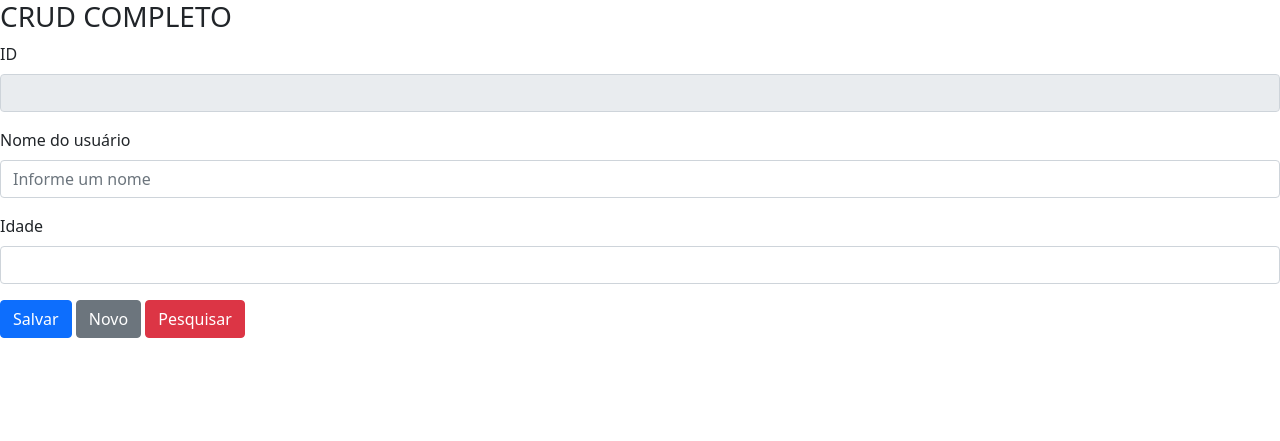
Repository: taian10/uploadCrudJava
Page: eclipse-workspace/springboot-rest-api-sample/src/main/resources/static/index.html
These files come from the project's save history. The page is drawn as it stood at one moment and after the next save; the edit follows.
The browser window is 1280 px wide. The pictures show the whole page.

Above is the page before, as saved 2022-01-11 01:08:16.

After the next save:
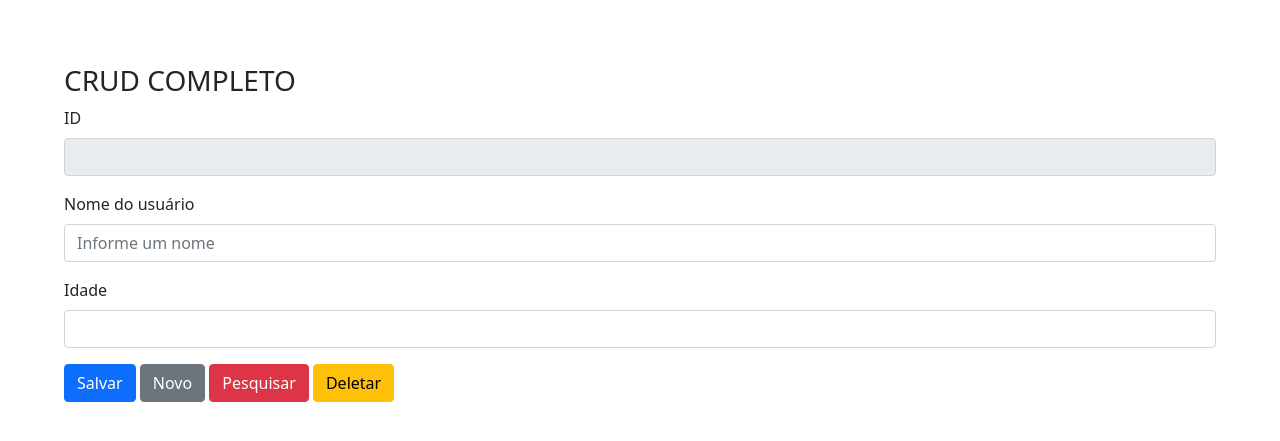
Saved 86 s later.
--- a/eclipse-workspace/springboot-rest-api-sample/src/main/resources/static/index.html
+++ b/eclipse-workspace/springboot-rest-api-sample/src/main/resources/static/index.html
@@ -11,6 +11,16 @@
 	integrity="sha384-1BmE4kWBq78iYhFldvKuhfTAU6auU8tT94WrHftjDbrCEXSU1oBoqyl2QvZ6jIW3"
 	crossorigin="anonymous">
 
+<style type="text/css">
+
+
+html {
+	margin-left: 5%;
+	margin-right: 5%;
+	margin-top: 5%
+
+}
+</style>
 </head>
 <body>
 
@@ -41,6 +51,9 @@
 	<button type="button" class="btn btn-primary" onclick="salvarUsuario()">Salvar</button>
 	<button type="button" class="btn btn-secondary"onclick="document.getElementById('formCadastroUser').reset();">Novo</button>
 	<button type="button" class="btn btn-danger" data-bs-toggle="modal"data-bs-target="#modalPesquisarUser">Pesquisar</button>
+	<button type="button" class="btn btn-warning" onclick="botaoDeletarDaTela()" >Deletar</button>
+
+
 
 	<div class="modal fade" id="modalPesquisarUser" tabindex="-1"aria-labelledby="exampleModalLabel" aria-hidden="true">
 		<div class="modal-dialog">
@@ -55,21 +68,26 @@
 							<label for="nameBusca" class="col-form-label">Informe o Nome:</label>
 							<input type="text" class="form-control" id="nameBusca">
 						</div>
-							<button type="button" class="btn btn-success" onclick="pesquisarUser" >Buscar</button>
+							<button type="button" class="btn btn-success" onclick="pesquisarUser()" >Buscar</button>
 					</form>
 
+
+					<div style="height: 300px; overflow: scroll;">
 					<table class="table" id="tabelaResultados">
 						<thead>
 							<tr>
 								<th scope="col">ID</th>
 								<th scope="col">Nome</th>
 								<th scope="col">Editar</th>
+								<th scope="col">Delete</th>
+
 							</tr>
 						</thead>
 						<tbody>
 
 						</tbody>
 					</table>
+					</div>
 
 				</div>
 				<div class="modal-footer">
@@ -92,6 +110,36 @@
 
 	<script type="text/javascript">
 
+		function botaoDeletarDaTela(){
+			var id = $('#id').val();
+
+			if(id != null && id.trim() != ''){
+
+			deleteUser(id);
+			document.getElementById('formCadastroUser').reset();
+			}
+		}
+
+		function deleteUser(id){
+
+			if(confirm('Deseja realmente deletar?')){
+
+			$.ajax({
+				method : "DELETE",
+				url : "delete",
+				data : "iduser=" + id,
+				success : function(response) {
+
+					$('#'+ id).remove();
+
+					alert(response);
+				}
+			}).fail(function(xhr, status, errorThrown) {
+				alert("Erro ao deletar usuário por id: " + xhr.responseText);
+			});
+			}
+		}
+
 
 		function pesquisarUser(){
 			var nome = $('#nameBusca').val();
@@ -101,10 +149,14 @@
 				$.ajax({
 					method : "GET",
 					url : "buscarPorNome",
-					data : JSON.stringify({
-						name : nome,
-					}),
+					data : "name=" + nome,
 					success : function(response) {
+						$('#tabelaResultados > tbody > tr').remove();
+
+						for(var i = 0; i < response.length; i++){
+							$('#tabelaResultados > tbody').append('<tr id= "'+response[i].id+'"><td>'+response[i].id+'</td><td>'+response[i].nome+'</td><td><button type="button" onclick="colocarEmEdicao('+response[i].id+')" class="btn btn-primary">Ver</button></td><td><button type="button" class="btn btn-danger" onclick="deleteUser('+response[i].id+')" >Delete</button></td></tr>');
+						}
+
 					}
 				}).fail(function(xhr, status, errorThrown) {
 					alert("Erro ao salvar usuário: " + xhr.responseText);
@@ -114,12 +166,45 @@
 
 		}
 
+		function colocarEmEdicao(id){
+
+			$.ajax({
+				method : "GET",
+				url : "buscaruserid",
+				data : "iduser=" + id,
+				success : function(response) {
+
+					$("#id").val(response.id);
+					$("#nome").val(response.nome);
+					$("#idade").val(response.idade);
+
+					$('#modalPesquisarUser').modal('hide');
+
+				}
+			}).fail(function(xhr, status, errorThrown) {
+				alert("Erro ao salvar usuário por id: " + xhr.responseText);
+			});
+
+		}
+
 
 		function salvarUsuario() {
 
 			var id = $("#id").val();
 			var nome = $("#nome").val();
 			var idade = $("#idade").val();
+
+			if(nome == null || nome != null && nome.trim() == ''){
+				$('#nome').focus();
+				alert('Informe o nome');
+				return;
+			}
+
+			if(idade == null || nome != null && idade.trim() == ''){
+				$('#idade').focus();
+				alert('Informe a idade');
+				return;
+			}
 
 			$.ajax({
 				method : "POST",
